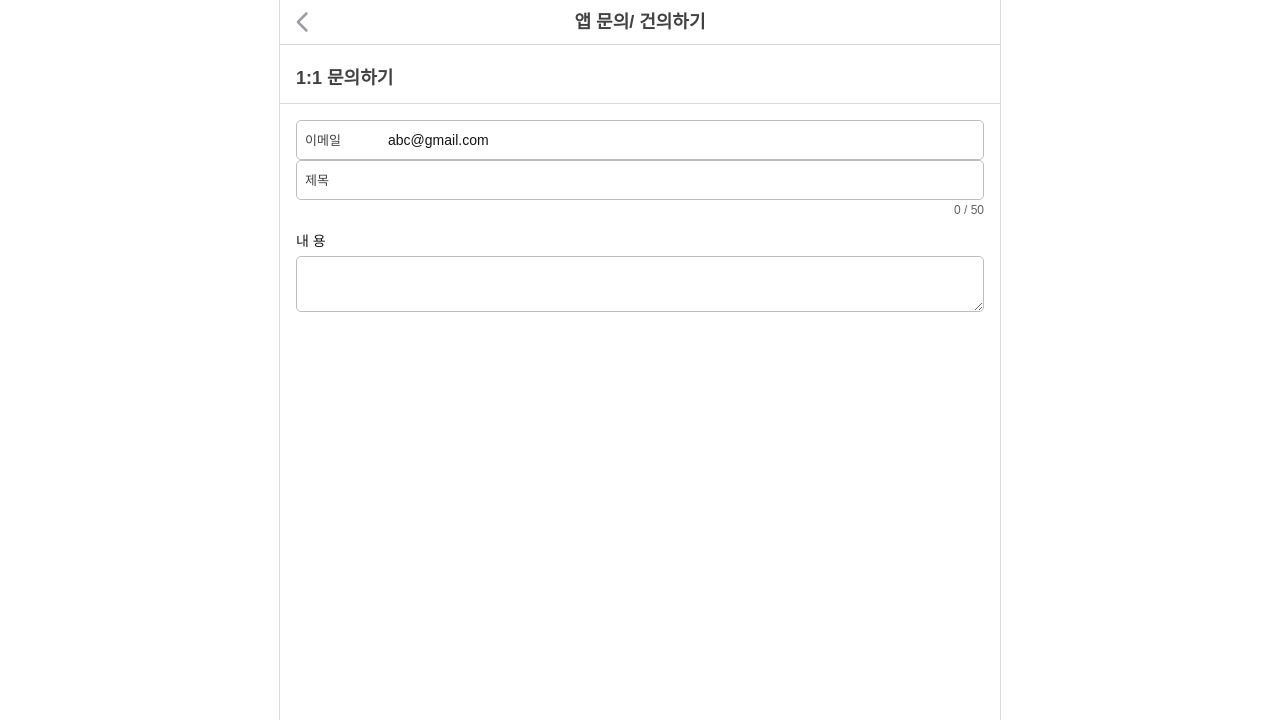
Repository: gosun1018/denguru
Page: my_complain_write.html
The author's editor kept a copy of each file at every save. The page is drawn from the files as they stood at one save, then again after the next save.
The browser window is 1280 px wide. The pictures show the whole page.
Some web fonts or font styles are not loaded; a fallback is used. The style sheet was rebuilt from its Sass, Less or Tailwind sources for each picture, by a compiler version that may differ from the author's.

Above is the page before, as saved 2020-03-23 15:54:57.

After the next save:
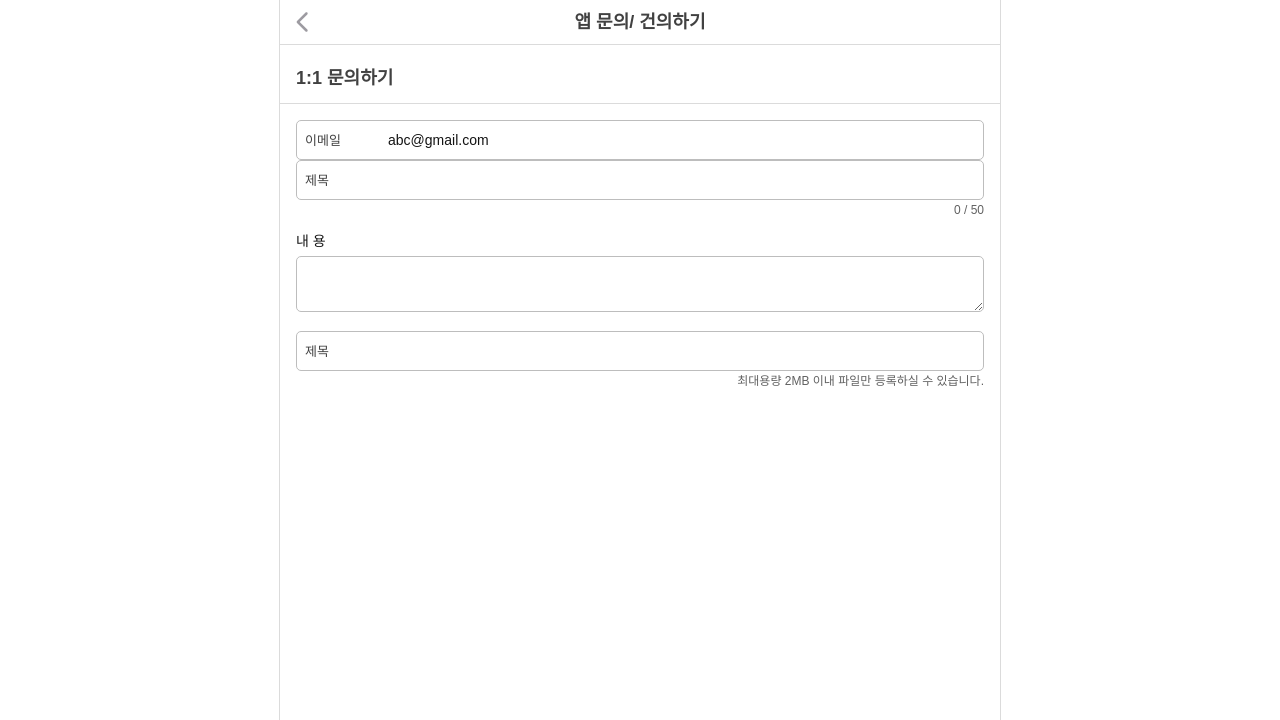
Saved 3 min 3 s later.
--- a/my_complain_write.html
+++ b/my_complain_write.html
@@ -33,7 +33,7 @@
                         <div class="inp_box04">
                             <div class="inp_txt_box">
                                 <label for="complainTitle" class="lab_txt">제목</label>
-                                <input type="email" name="complainTitle" class="inp_txt js-input" id="complainTitle" label="제목">
+                                <input type="text" name="complainTitle" class="inp_txt js-input" id="complainTitle" label="제목">
                             </div>
                             <div class="txt_right inp_message js-txt-limit">
                                 0 / 50
@@ -47,6 +47,16 @@
                                 <textarea name="reviewTip" id="reviewTip" class="inp inp_textarea" onkeydown="resizeTextarea(this)" onkeyup="resizeTextarea(this)"></textarea>
                             </div>
                         </div>
+                        <div class="inp_box04">
+                            <div class="inp_txt_box">
+                                <label for="complainTitle" class="lab_txt">제목</label>
+                                <div class="inp_txt"></div>
+                                <input type="email" name="complainTitle" class="inp_txt js-input" id="complainTitle">
+                            </div>
+                            <div class="txt_right inp_message js-txt-limit">
+                                최대용량 2MB 이내 파일만 등록하실 수 있습니다.
+                            </div>
+                        </div>
                     </form>
                 </div>
             </div>
